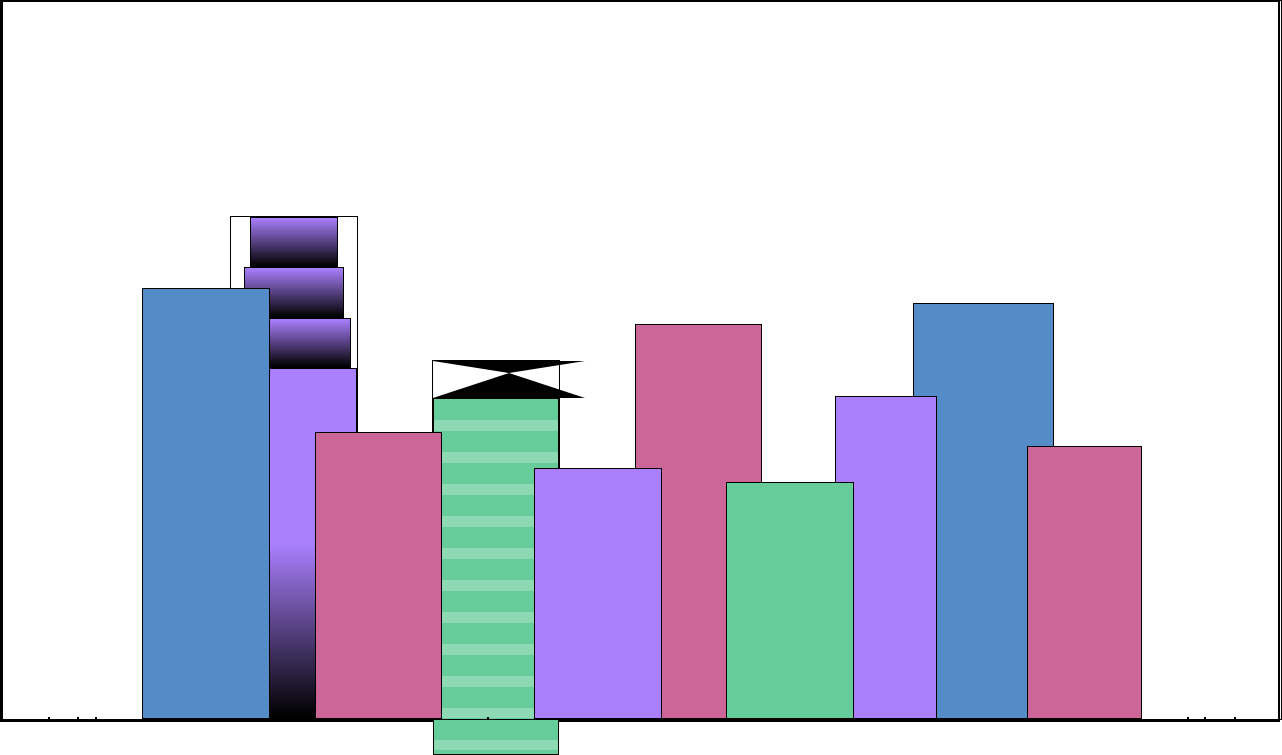
Repository: Lungdjos/city_skyline
Page: index.html
The author's editor kept a copy of each file at every save. The page is drawn from the files as they stood at one save, then again after the next save.
The browser window is 1280 px wide. The page is 1282 px wide, so the pictures cover 1282 px, including what lies to the right of the window. The pictures show the whole page.

Above is the page before, as saved 2023-12-12 10:56:24.

After the next save:
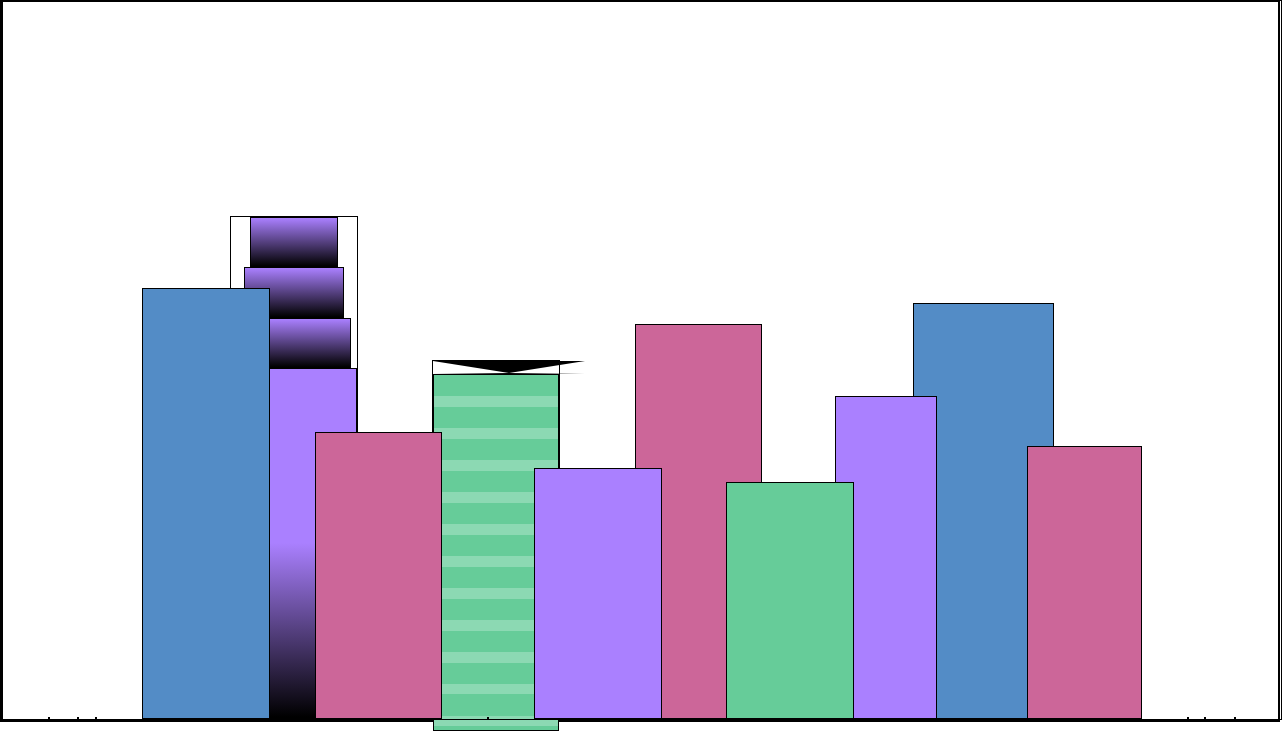
Saved 14 s later.
--- a/styles.css
+++ b/styles.css
@@ -69,11 +69,11 @@ body {
 }
 
 .bb2a {
-    margin: auto;
+    /* margin: auto;
     /* width: 5vw;
     height: 5vw; */
     border-top: 1vw solid #000;
-    border-bottom: 2vw solid #000;
+    */ border-bottom: 2vw solid #000;
     border-left: 6vw solid transparent;
     border-right: 6vw solid transparent;
 }
